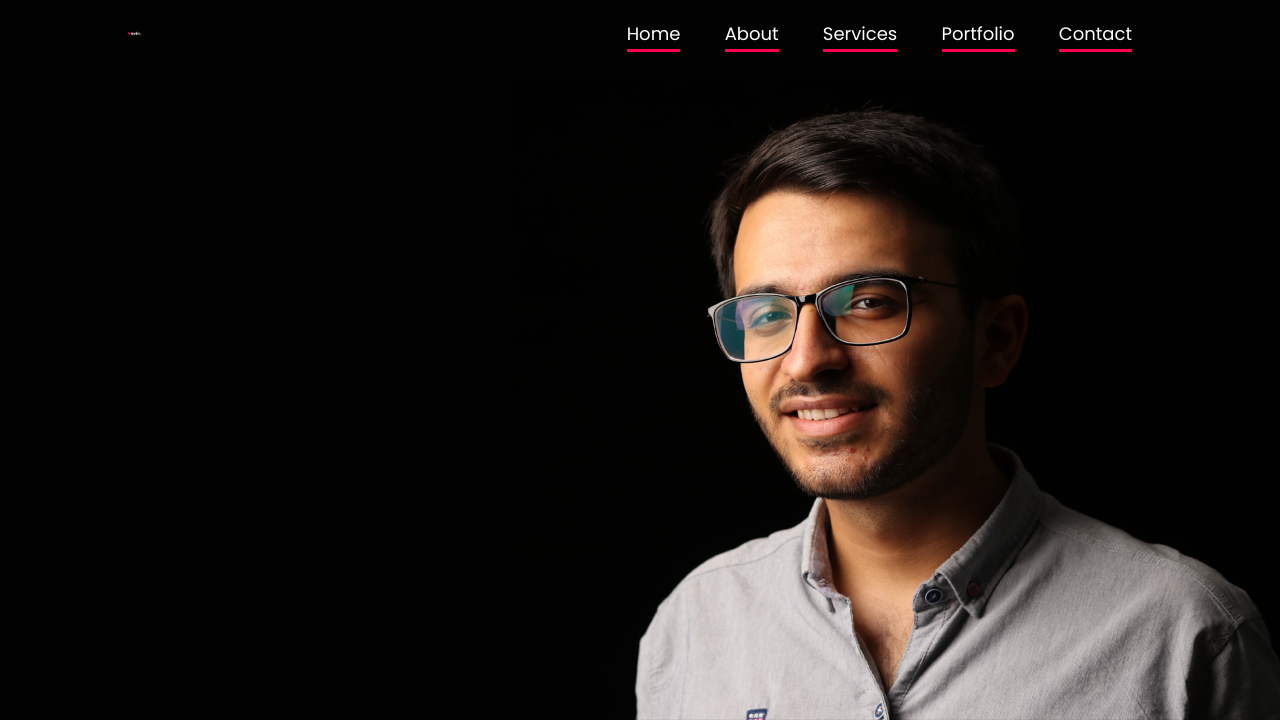
Repository: bryanbraide/Profile-card
Page: index.html
These files come from the project's save history. The page is drawn as it stood at one moment and after a run of saves; the edit follows.
The browser window is 1280 px wide. The pictures show the whole page.

Above is the page before, as saved 2025-06-16 14:19:42.

After the next 3 saves:
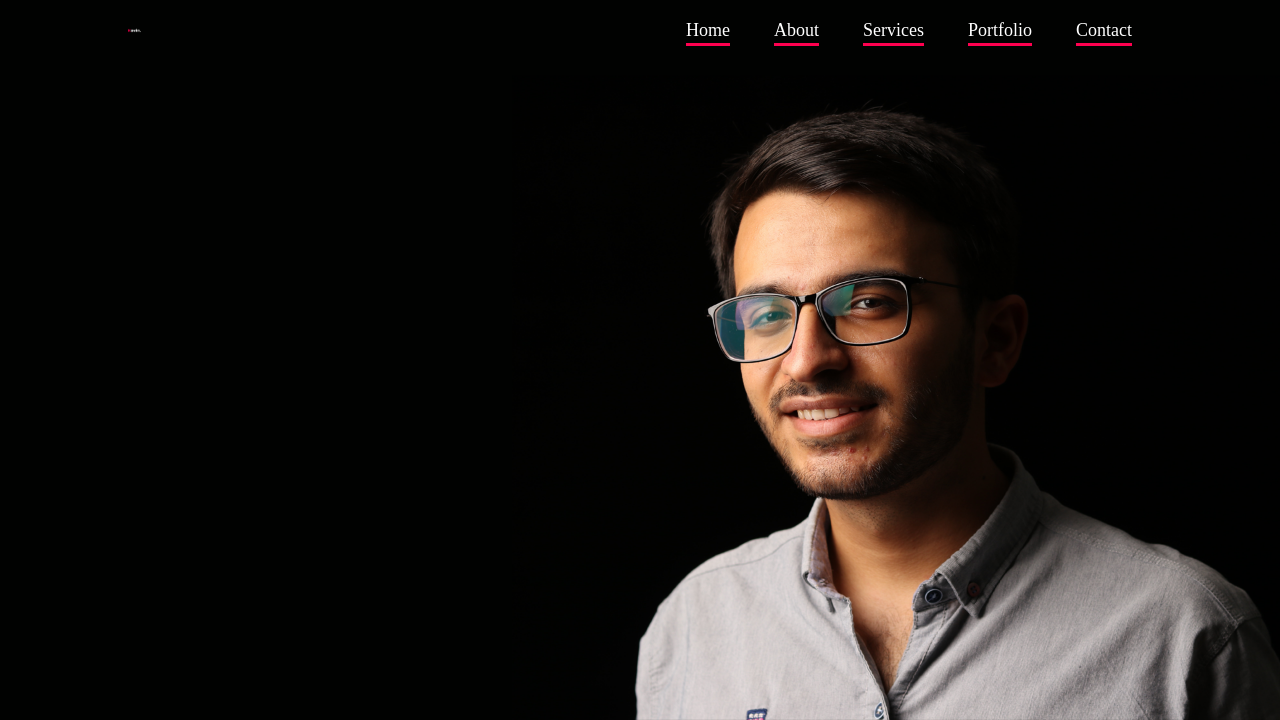
The 3 saves are shown as one change because they came seconds apart.
The last was saved 6 min 0 s later.
--- a/index.html
+++ b/index.html
@@ -6,7 +6,7 @@
   <meta name="viewport" content="width=device-width, initial-scale=1.0">
   <title>Personal Portfolio - Bryan Braide </title>
   <link rel="stylesheet" href="style.css">
-  <link href="https://fonts.googleapis.com/css2?family=Poppins&display=swap" rel="stylesheet">
+  <link href="" rel="stylesheet">
 
 </head>
 

After the save that followed:
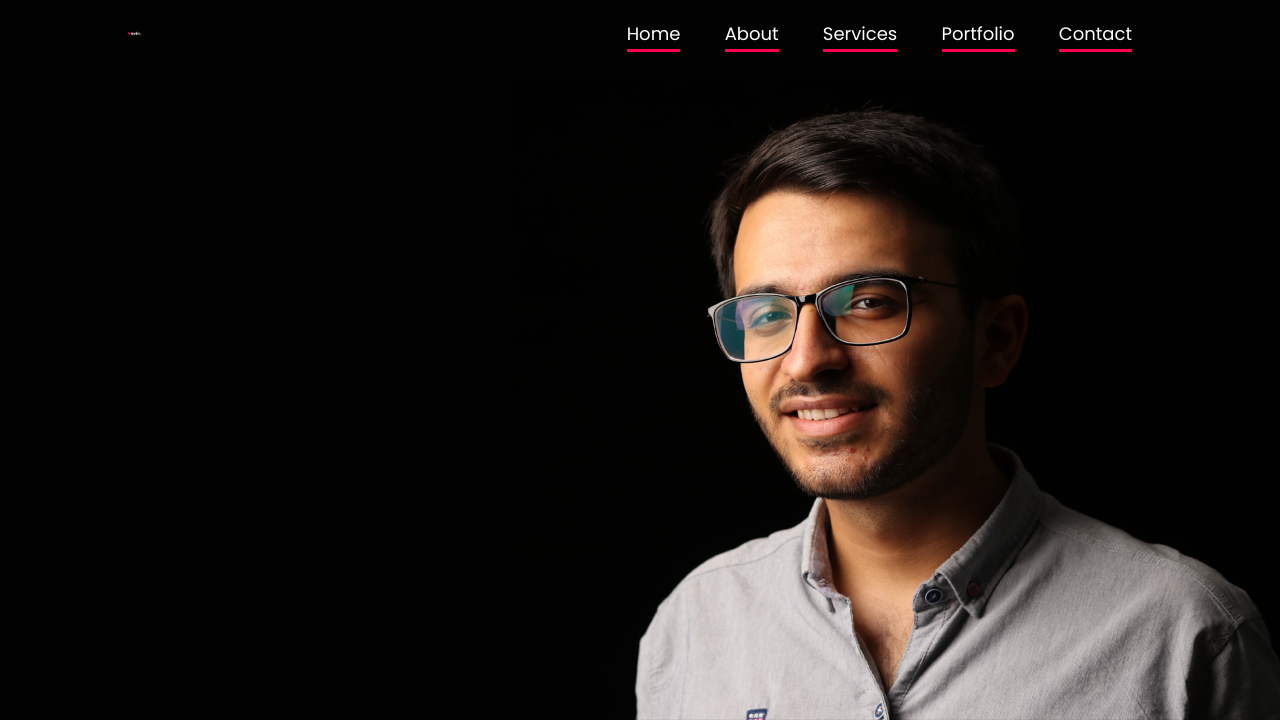
Saved 21 s later.
--- a/index.html
+++ b/index.html
@@ -6,7 +6,7 @@
   <meta name="viewport" content="width=device-width, initial-scale=1.0">
   <title>Personal Portfolio - Bryan Braide </title>
   <link rel="stylesheet" href="style.css">
-  <link href="" rel="stylesheet">
+  <link href="https://fonts.googleapis.com/css2?family=Poppins&display=swap" rel="stylesheet">
 
 </head>
 
